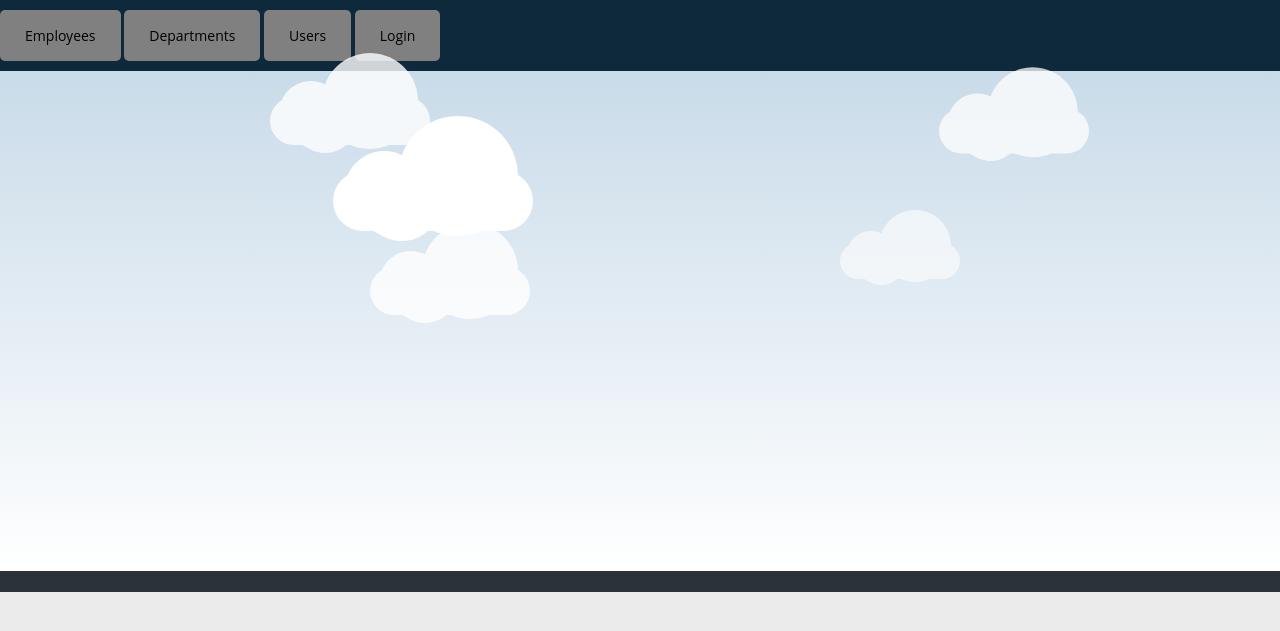
Repository: avsuhas/Java-Project
Page: Employee Project/WebContent/html/button.html
The author's editor kept a copy of each file at every save. The page is drawn from the files as they stood at one save, then again after the next save.
The browser window is 1280 px wide. The pictures show the whole page.

Above is the page before, as saved 2017-05-25 15:05:24.

### Employee Project/WebContent/html/button.html
<!DOCTYPE html>
<html>
<head>
    <title>Button Testing</title>
    <style type="text/css">




    html, body {
    	margin: 0px;
    	background: #ebebeb;
    }
      .ulTag {
      	list-style-type: none;
      	background: #0E283C;
      	margin: 0px;
      }


      .liTag {
        display: inline-block;
            padding: 15px 25px;
            background: grey;
            border-radius: 5px;
            margin: 10px 0px 10px 0px;
            text-align: right;
        }
        .sbmtBtn {
        	width: 90px;
		    height: 35px;
		    border-radius: 10px;
		    font-size: 17px;
		    margin-top: 20px;
}
        }



 /* CSS Document */
/* ---------- FONTAWESOME ---------- */
/* ---------- https://fortawesome.github.com/Font-Awesome/ ---------- */
/* ---------- http://weloveiconfonts.com/ ---------- */
@import url(http://weloveiconfonts.com/api/?family=fontawesome);
/* ---------- ERIC MEYER'S RESET CSS ---------- */
/* ---------- https://meyerweb.com/eric/tools/css/reset/ ---------- */
@import url(https://meyerweb.com/eric/tools/css/reset/reset.css);
/* ---------- FONTAWESOME ---------- */
[class*="fontawesome-"]:before {
  font-family: 'FontAwesome', sans-serif;
}

/* ---------- GENERAL ---------- */
* {
  -moz-box-sizing: border-box;
       box-sizing: border-box;
}
*:before, *:after {
  -moz-box-sizing: border-box;
       box-sizing: border-box;
}

body {
  background: #2c3338;
  color: #606468;
  font: 87.5%/1.5em 'Open Sans', sans-serif;
  margin: 0;
  overflow-y:auto !important;
  overflow-x:hidden !important;
}

a {
  color: #eee;
  text-decoration: none;
}

a:hover {
  text-decoration: underline;
}

input {
  border: none;
  font-family: 'Open Sans', Arial, sans-serif;
  font-size: 14px;
  line-height: 1.5em;
  padding: 0;
  -webkit-appearance: none;
}

p {
  line-height: 1.5em;
}

.clearfix {
  *zoom: 1;
}
.clearfix:before, .clearfix:after {
  content: ' ';
  display: table;
}
.clearfix:after {
  clear: both;
}

.container {
  left: 50%;
  position:absolute;
   top: 50%;
  -webkit-transform: translate(-50%, -50%);
      -ms-transform: translate(-50%, -50%);
          transform: translate(-50%, -50%);
}

/* ---------- LOGIN ---------- */
#login {
  width: 280px;
}

#login form span {
  background-color: #363b41;
  border-radius: 3px 0px 0px 3px;
  color: #606468;
  display: block;
  float: left;
  height: 50px;
  line-height: 50px;
  text-align: center;
  width: 50px;
}

#login form input {
  height: 50px;
}

#login form input[type="text"], input[type="password"] {
  background-color: #3b4148;
  border-radius: 0px 3px 3px 0px;
  color: #606468;
  margin-bottom: 1em;
  padding: 0 16px;
  width: 230px;
}

#login form input[type="submit"] {
  border-radius: 3px;
  -moz-border-radius: 3px;
  -webkit-border-radius: 3px;
  background-color: #ea4c88;
  color: #eee;
  font-weight: bold;
  margin-bottom: 2em;
  text-transform: uppercase;
  width: 280px;
}

#login form input[type="submit"]:hover {
  background-color: #d44179;
}

#login > p {
  text-align: center;
}

#login > p span {
  padding-left: 5px;
}

/*Lets start with the cloud formation rather*/

/*The container will also serve as the SKY*/

*{ margin: 0; padding: 0;}

#clouds{
	padding: 100px 0;
	background: #c9dbe9;
	background: -webkit-linear-gradient(top, #c9dbe9 0%, #fff 100%);
	background: -linear-gradient(top, #c9dbe9 0%, #fff 100%);
	background: -moz-linear-gradient(top, #c9dbe9 0%, #fff 100%);
}

/*Time to finalise the cloud shape*/
.cloud {
	width: 200px; height: 60px;
	background: #fff;

	border-radius: 200px;
	-moz-border-radius: 200px;
	-webkit-border-radius: 200px;

	position: relative;
}

.cloud:before, .cloud:after {
	content: '';
	position: absolute;
	background: #fff;
	width: 100px; height: 80px;
	position: absolute; top: -15px; left: 10px;

	border-radius: 100px;
	-moz-border-radius: 100px;
	-webkit-border-radius: 100px;

	-webkit-transform: rotate(30deg);
	transform: rotate(30deg);
	-moz-transform: rotate(30deg);
}

.cloud:after {
	width: 120px; height: 120px;
	top: -55px; left: auto; right: 15px;
}

/*Time to animate*/
.x1 {
	-webkit-animation: moveclouds 15s linear infinite;
	-moz-animation: moveclouds 15s linear infinite;
	-o-animation: moveclouds 15s linear infinite;
}

/*variable speed, opacity, and position of clouds for realistic effect*/
.x2 {
	left: 200px;

	-webkit-transform: scale(0.6);
	-moz-transform: scale(0.6);
	transform: scale(0.6);
	opacity: 0.6; /*opacity proportional to the size*/

	/*Speed will also be proportional to the size and opacity*/
	/*More the speed. Less the time in 's' = seconds*/
	-webkit-animation: moveclouds 25s linear infinite;
	-moz-animation: moveclouds 25s linear infinite;
	-o-animation: moveclouds 25s linear infinite;
}

.x3 {
	left: -250px; top: -200px;

	-webkit-transform: scale(0.8);
	-moz-transform: scale(0.8);
	transform: scale(0.8);
	opacity: 0.8; /*opacity proportional to the size*/

	-webkit-animation: moveclouds 20s linear infinite;
	-moz-animation: moveclouds 20s linear infinite;
	-o-animation: moveclouds 20s linear infinite;
}

.x4 {
	left: 470px; top: -250px;

	-webkit-transform: scale(0.75);
	-moz-transform: scale(0.75);
	transform: scale(0.75);
	opacity: 0.75; /*opacity proportional to the size*/

	-webkit-animation: moveclouds 18s linear infinite;
	-moz-animation: moveclouds 18s linear infinite;
	-o-animation: moveclouds 18s linear infinite;
}

.x5 {
	left: -150px; top: -150px;

	-webkit-transform: scale(0.8);
	-moz-transform: scale(0.8);
	transform: scale(0.8);
	opacity: 0.8; /*opacity proportional to the size*/

	-webkit-animation: moveclouds 20s linear infinite;
	-moz-animation: moveclouds 20s linear infinite;
	-o-animation: moveclouds 20s linear infinite;
}

@-webkit-keyframes moveclouds {
	0% {margin-left: 1000px;}
	100% {margin-left: -1000px;}
}
@-moz-keyframes moveclouds {
	0% {margin-left: 1000px;}
	100% {margin-left: -1000px;}
}
@-o-keyframes moveclouds {
	0% {margin-left: 1000px;}
	100% {margin-left: -1000px;}
}
.bottom {
	width:100%; margin:0 auto; text-align:center; padding:10px 0; height:100px; position:absolute;
}
.bottom h3 {color:white; font-size:30px; font-weight:bold; margin-top:45px; padding-bottom:45px;}
.blue { color:#09c;}
</style>


</head>
<body>

	<div class="ulTag">
	<ul>
		<li class="liTag"> <a href="../jsp/employees.jsp" style="color:black;">Employees</a></li>
		<li class="liTag"><a href="../jsp/departments.jsp" style="color:black;">Departments</a></li>
		<li class="liTag"><a href="../jsp/user.jsp" style="color:black;">Users</a></li>
		<li class="liTag"><a href="welcomePage.html" style="color:black;">Login</a></li>
	</ul>
	</div>
	<div id="clouds">
	<div class="cloud x1"></div>
	<!-- Time for multiple clouds to dance around -->
	<div class="cloud x2"></div>
	<div class="cloud x3"></div>
	<div class="cloud x4"></div>
	<div class="cloud x5"></div>
</div>
<br>



</body>
</html>

After the next save:
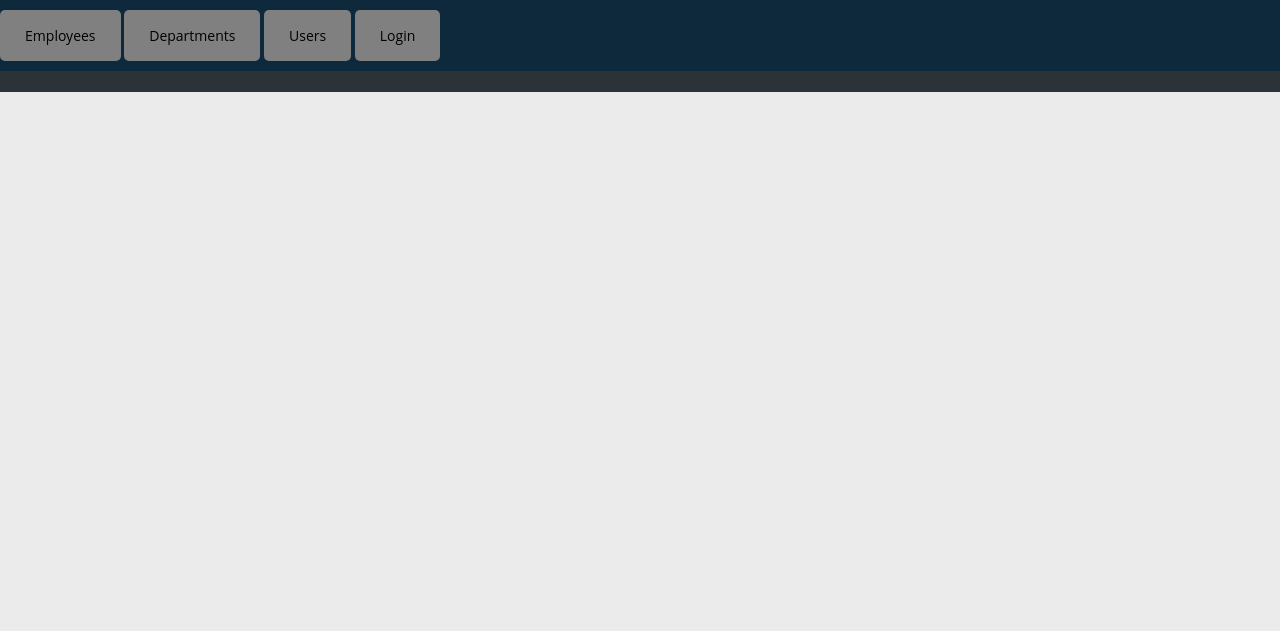
Saved 16 s later.
--- a/Employee Project/WebContent/html/button.html
+++ b/Employee Project/WebContent/html/button.html
@@ -305,14 +305,7 @@ p {
 		<li class="liTag"><a href="welcomePage.html" style="color:black;">Login</a></li>
 	</ul>
 	</div>
-	<div id="clouds">
-	<div class="cloud x1"></div>
-	<!-- Time for multiple clouds to dance around -->
-	<div class="cloud x2"></div>
-	<div class="cloud x3"></div>
-	<div class="cloud x4"></div>
-	<div class="cloud x5"></div>
-</div>
+
 <br>
 
 
